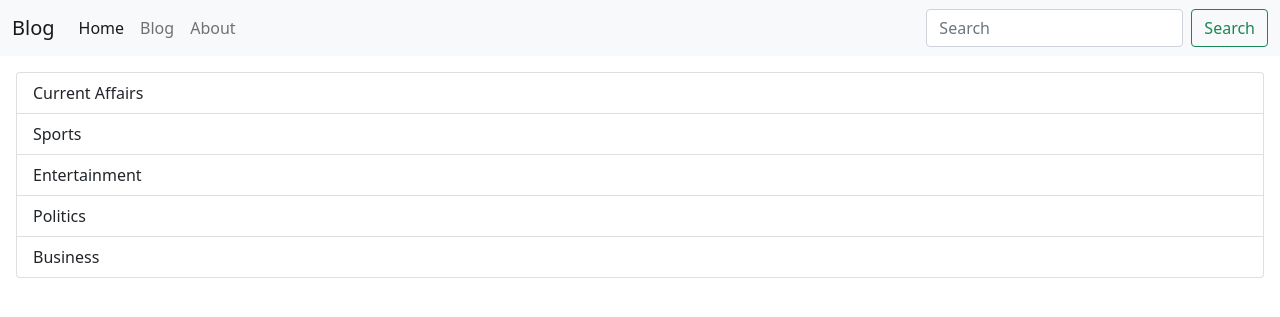
Repository: syni18/bootstrap_blog
Page: index.html
These files come from the project's save history. The page is drawn as it stood at one moment and after the next save; the edit follows.
The browser window is 1280 px wide. The pictures show the whole page.

Above is the page before, as saved 2023-10-25 21:03:09.

### index.html
<!DOCTYPE html>
<html lang="en">
<head>
    <meta charset="UTF-8">
    <meta name="viewport" content="width=device-width, initial-scale=1.0">
     <link href="https://cdn.jsdelivr.net/npm/bootstrap@5.0.2/dist/css/bootstrap.min.css" rel="stylesheet" integrity="sha384-EVSTQN3/azprG1Anm3QDgpJLIm9Nao0Yz1ztcQTwFspd3yD65VohhpuuCOmLASjC" crossorigin="anonymous">
    <script src="https://cdn.jsdelivr.net/npm/bootstrap@5.0.2/dist/js/bootstrap.bundle.min.js" integrity="sha384-MrcW6ZMFYlzcLA8Nl+NtUVF0sA7MsXsP1UyJoMp4YLEuNSfAP+JcXn/tWtIaxVXM" crossorigin="anonymous"></script>
    <title>Blogging</title>
</head>
<body>
    <nav class="navbar navbar-expand-lg navbar-light bg-light">
      <div class="container-fluid">
        <a class="navbar-brand" href="#">
          Blog
        </a>
        <button
          class="navbar-toggler"
          type="button"
          data-bs-toggle="collapse"
          data-bs-target="#navbarSupportedContent"
          aria-controls="navbarSupportedContent"
          aria-expanded="false"
          aria-label="Toggle navigation"
        >
          <span class="navbar-toggler-icon"></span>
        </button>
        <div class="collapse navbar-collapse" id="navbarSupportedContent">
          <ul class="navbar-nav me-auto mb-2 mb-lg-0">
            <li class="nav-item">
              <a class="nav-link active" aria-current="page" href="#">
                Home
              </a>
            </li>
            <li class="nav-item">
              <a class="nav-link" href="#">
                Blog
              </a>
            </li>
            <!-- <li class="nav-item dropdown">
              <a
                class="nav-link dropdown-toggle"
                href="#"
                id="navbarDropdown"
                role="button"
                data-bs-toggle="dropdown"
                aria-expanded="false"
              >
                Dropdown
              </a>
              <ul class="dropdown-menu" aria-labelledby="navbarDropdown">
                <li>
                  <a class="dropdown-item" href="#">
                    Action
                  </a>
                </li>
                <li>
                  <a class="dropdown-item" href="#">
                    Another action
                  </a>
                </li>
                <li>
                  <hr class="dropdown-divider" />
                </li>
                <li>
                  <a class="dropdown-item" href="#">
                    Something else here
                  </a>
                </li>
              </ul>
            </li> -->
            <li class="nav-item">
              <a class="nav-link" href="#">
                About
              </a>
            </li>
          </ul>
          <form class="d-flex">
            <input
              class="form-control me-2"
              type="search"
              placeholder="Search"
              aria-label="Search"
            />
            <button class="btn btn-outline-success" type="submit">
              Search
            </button>
          </form>
        </div>
      </div>
    </nav>
            <div class="offcanvas-body w-25%">
          <ul class="list-group">
            <li class="list-group-item">Current Affairs</li>
            <li class="list-group-item">Sports</li>
            <li class="list-group-item">Entertainment</li>
            <li class="list-group-item">Politics</li>
            <li class="list-group-item">Business</li>

          </ul>
        </div>
</body>
</html>

After the next save:
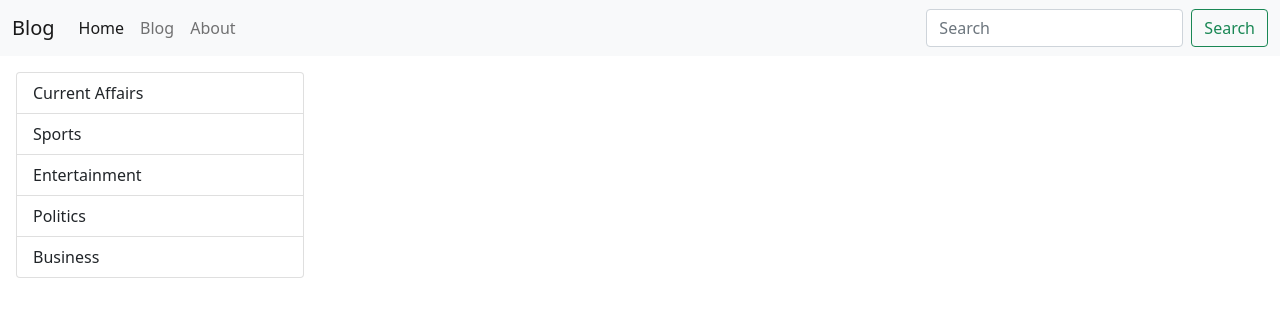
Saved 12 s later.
--- a/index.html
+++ b/index.html
@@ -88,7 +88,7 @@
         </div>
       </div>
     </nav>
-            <div class="offcanvas-body w-25%">
+            <div class="offcanvas-body w-25">
           <ul class="list-group">
             <li class="list-group-item">Current Affairs</li>
             <li class="list-group-item">Sports</li>

After the save that followed:
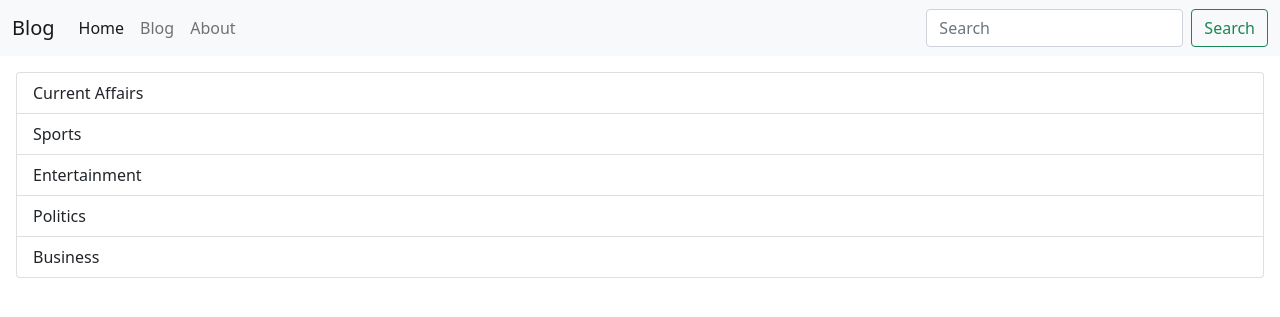
Saved 6 s later.
--- a/index.html
+++ b/index.html
@@ -88,7 +88,7 @@
         </div>
       </div>
     </nav>
-            <div class="offcanvas-body w-25">
+            <div class="offcanvas-body w-20">
           <ul class="list-group">
             <li class="list-group-item">Current Affairs</li>
             <li class="list-group-item">Sports</li>
